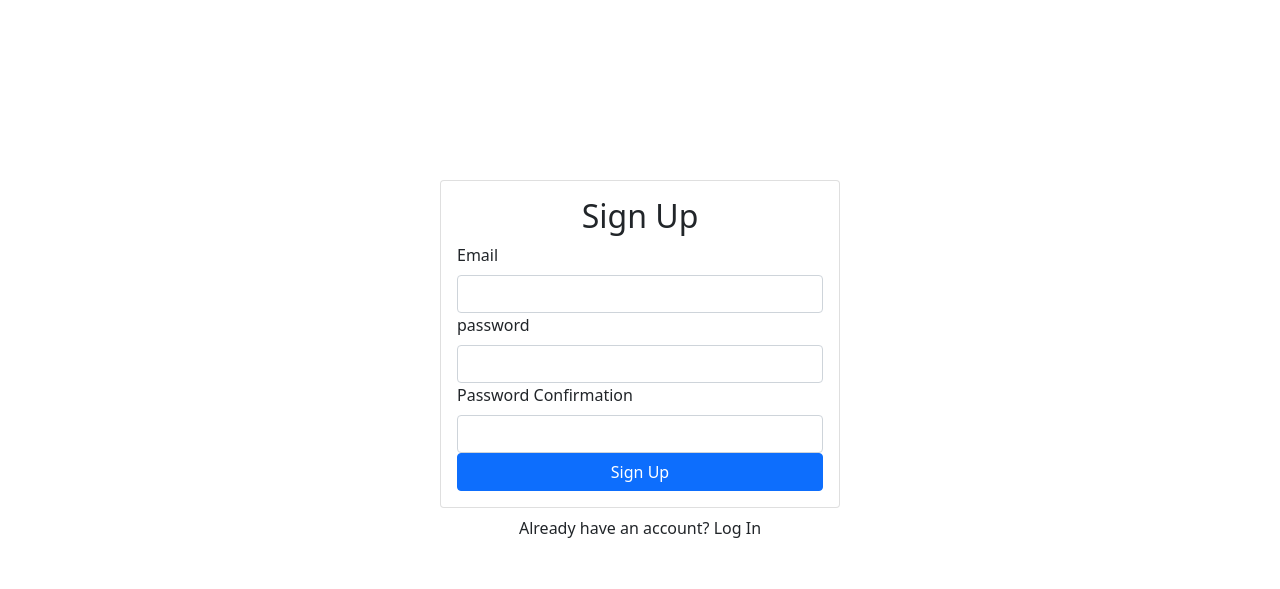
Repository: SirZeck/gg-drive
Page: /
The author's editor kept a copy of each file at every save. The page is drawn from the files as they stood at one save, then again after the next save.
The browser window is 1280 px wide. The pictures show the whole page.
The project was rebuilt for these pictures with package versions that can differ from the ones it lists, and the page was loaded fresh each time.

Above is the page before, as saved 2021-09-28 14:49:30.

After the next save:
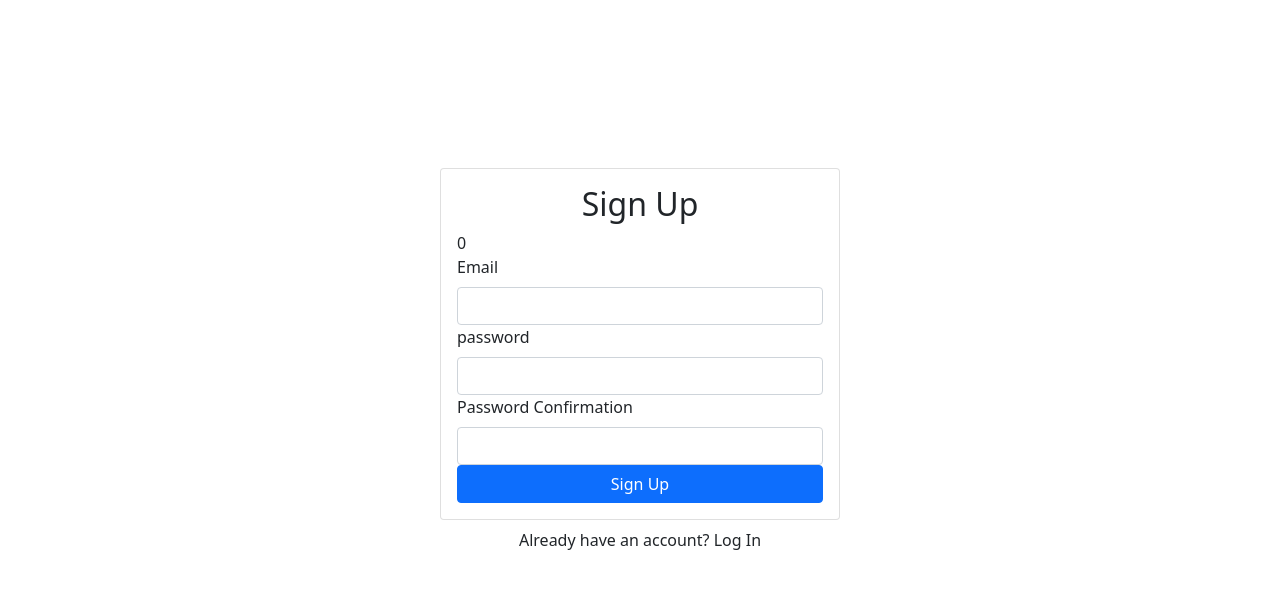
Saved 6 min 2 s later.
--- a/src/components/Signup.js
+++ b/src/components/Signup.js
@@ -1,5 +1,5 @@
 import React, { useRef, useState } from 'react'
-import { Form, Button, Card } from 'react-bootstrap'
+import { Form, Button, Card, Alert } from 'react-bootstrap'
 import { useAuth } from '../contexts/AuthContext'
 
 export default function Signup() {
@@ -8,6 +8,7 @@
     const passwordConfirmRef = useRef()
     const { signup } = useAuth()
     const [error, setError] = useState('')
+    const [loading, setLoading] = useState(false)
 
     async function handleSubmit(e) {
         e.preventDefault()
@@ -18,10 +19,13 @@
 
         try {
             setError('')
+            setLoading(true)
             await signup(emailRef.current.value, passwordRef.current.value)
         } catch {
             setError('Failed to create an account')
         }
+
+        setLoading(false)
     }
 
     return (
@@ -29,7 +33,8 @@
         <Card>
             <Card.Body>
                 <h2 className="text-center mb=4">Sign Up</h2>
-                <Form>
+                {error & <Alert varient="danger">{error}</Alert>}
+                <Form onSubmit={handleSubmit}>
                     <Form.Group id="email">
                         <Form.Label>Email</Form.Label>
                         <Form.Control type="email" ref={emailRef} required />
@@ -45,7 +50,7 @@
                         <Form.Control type="password" ref={passwordConfirmRef} required />
                     </Form.Group>
 
-                    <Button className="w-100" type="submit">Sign Up</Button>
+                    <Button disabled={loading} className="w-100" type="submit">Sign Up</Button>
                 </Form>
             </Card.Body>
         </Card>

After the save that followed:
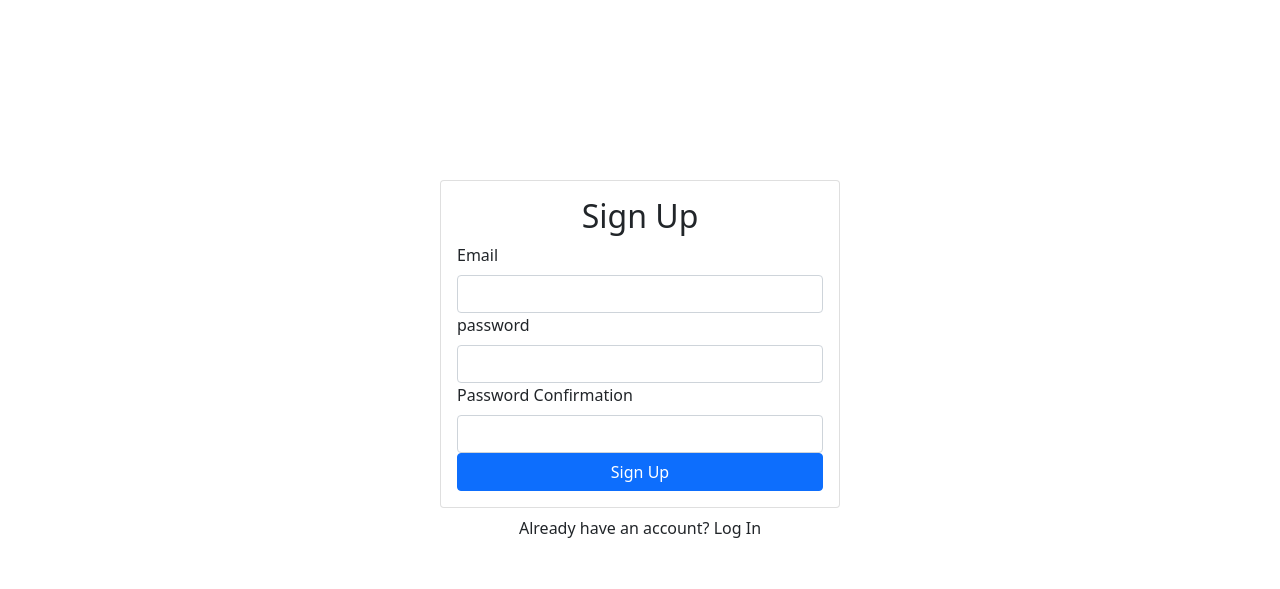
Saved 18 s later.
--- a/src/components/Signup.js
+++ b/src/components/Signup.js
@@ -33,7 +33,7 @@
         <Card>
             <Card.Body>
                 <h2 className="text-center mb=4">Sign Up</h2>
-                {error & <Alert varient="danger">{error}</Alert>}
+                {error && <Alert varient="danger">{error}</Alert>}
                 <Form onSubmit={handleSubmit}>
                     <Form.Group id="email">
                         <Form.Label>Email</Form.Label>
